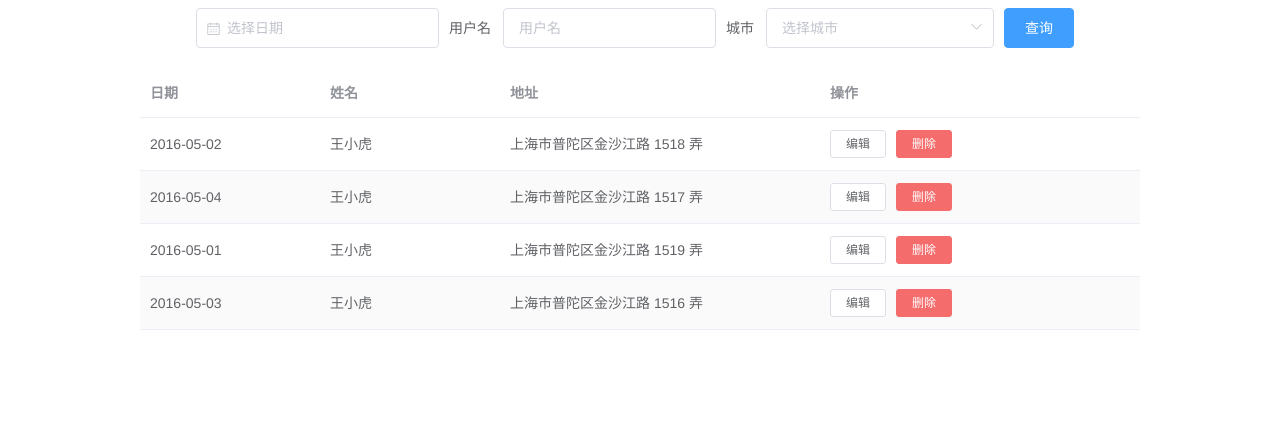
Repository: chang-meng-yun/vue_project
Page: /
These files come from the project's save history. The page is drawn as it stood at one moment and after the next save; the edit follows.
The browser window is 1280 px wide. The pictures show the whole page.
The project was rebuilt for these pictures with package versions that can differ from the ones it lists, and the page was loaded fresh each time. Also part of the build but not shown: vue.config.js, src/VBindStudy.vue, src/components/HelloWorld.vue, src/views/HomeView.vue.

Above is the page before, as saved 2024-06-27 11:30:31.

After the next save:
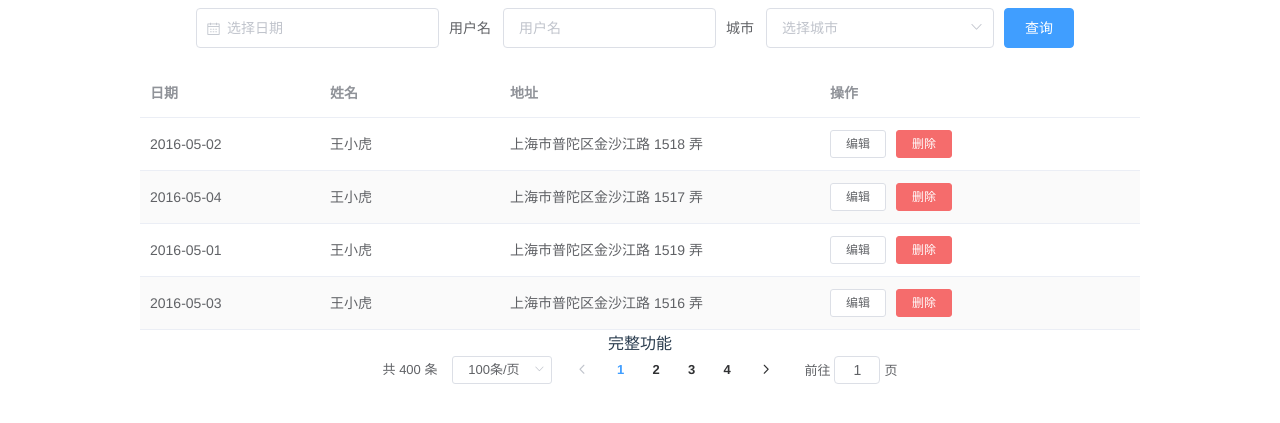
Saved 5 min 36 s later.
--- a/src/FromFrame.vue
+++ b/src/FromFrame.vue
@@ -44,6 +44,18 @@
           </el-table-column>
       </el-table>
     </div>
+    <div class="block">
+        <span class="demonstration">完整功能</span>
+        <el-pagination
+          @size-change="handleSizeChange"
+          @current-change="handleCurrentChange"
+          :current-page="currentPage4"
+          :page-sizes="[100, 200, 300, 400]"
+          :page-size="100"
+          layout="total, sizes, prev, pager, next, jumper"
+          :total="400">
+        </el-pagination>
+      </div>
     </div>
 </template>
 <script>
@@ -83,7 +95,13 @@
             },
             onSubmit() {
            console.log('submit!');
-      }
+           },
+           handleSizeChange(val) {
+           console.log(`每页 ${val} 条`);
+            },
+            handleCurrentChange(val) {
+                console.log(`当前页: ${val}`);
+            }
         },
         components:{
 
